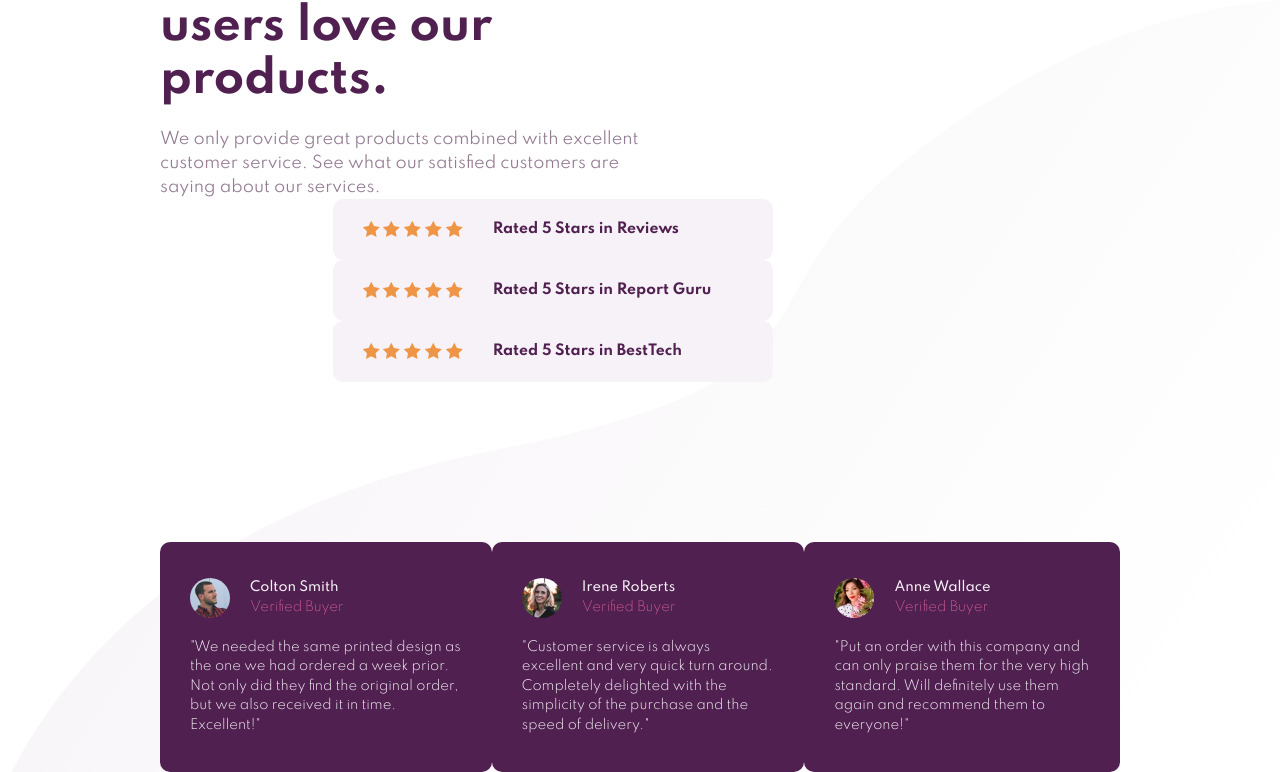
Repository: metehankasapp/social-proof-section-master
Page: index.html
The author's editor kept a copy of each file at every save. The page is drawn from the files as they stood at one save, then again after the next save.
The browser window is 1280 px wide. The pictures show the whole page.
Some web libraries are served in a nearby version.

Above is the page before, as saved 2021-12-05 08:42:29.

After the next save:
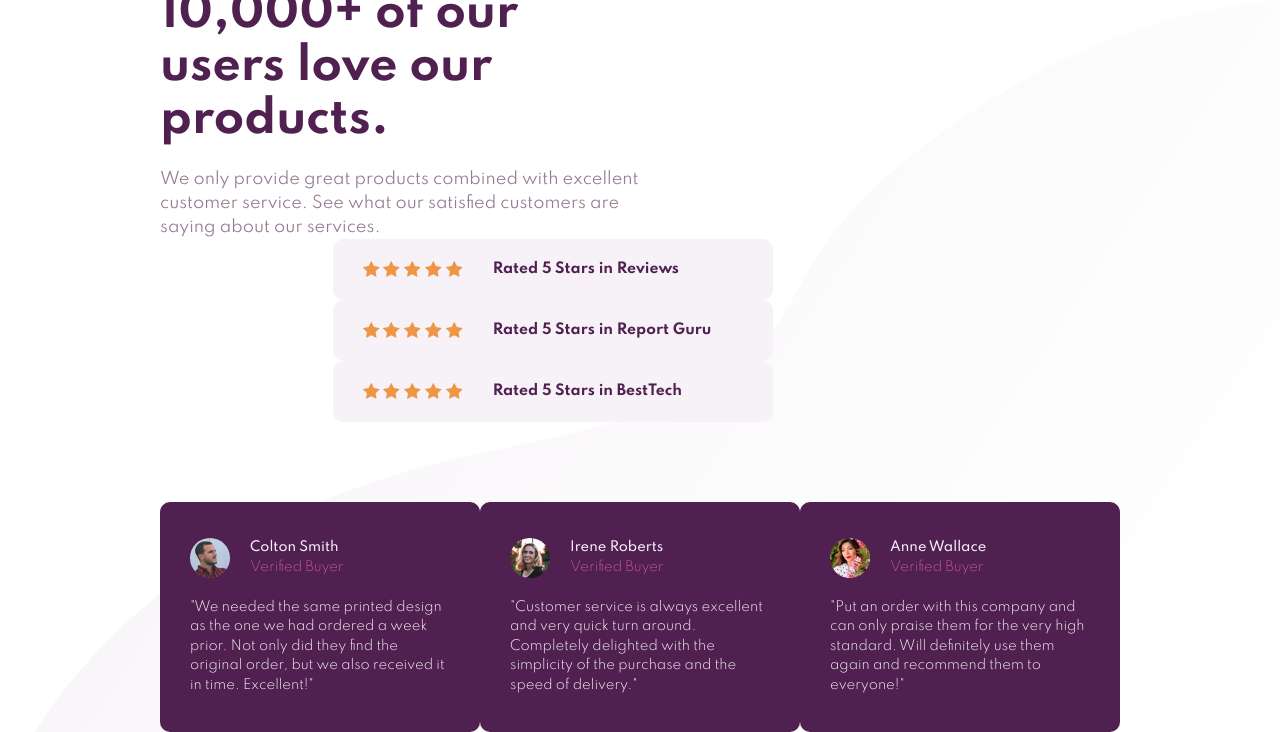
Saved 30 s later.
--- a/index.html
+++ b/index.html
@@ -83,60 +83,66 @@
           justify-content-between
           align-items-baseline
         ">
-      <div class="card-item">
-        <div class="card-headerr ">
-          <div class="card-img">
-            <img src="images/image-colton.jpg" alt="" />
+      <div class="card-ctr">
+        <div class="card-item">
+          <div class="card-headerr ">
+            <div class="card-img">
+              <img src="images/image-colton.jpg" alt="" />
+            </div>
+            <div class="card-text">
+              <p class="card-fs">Colton Smith</p>
+              <p class="card-job">Verified Buyer</p>
+            </div>
           </div>
-          <div class="card-text">
-            <p class="card-fs">Colton Smith</p>
-            <p class="card-job">Verified Buyer</p>
+          <div class="card-second">
+            <p>
+              "We needed the same printed design as the one we had ordered a
+              week prior. Not only did they find the original order, but we also
+              received it in time. Excellent!"
+            </p>
           </div>
-        </div>
-        <div class="card-second">
-          <p>
-            "We needed the same printed design as the one we had ordered a
-            week prior. Not only did they find the original order, but we also
-            received it in time. Excellent!"
-          </p>
         </div>
       </div>
 
-      <div class="card-item">
-        <div class="card-headerr">
-          <div class="card-img">
-            <img src="images/image-irene.jpg" alt="" />
+      <div class="card-ctr">
+        <div class="card-item">
+          <div class="card-headerr">
+            <div class="card-img">
+              <img src="images/image-irene.jpg" alt="" />
+            </div>
+            <div class="card-text">
+              <p class="card-fs">Irene Roberts</p>
+              <p class="card-job">Verified Buyer</p>
+            </div>
           </div>
-          <div class="card-text">
-            <p class="card-fs">Irene Roberts</p>
-            <p class="card-job">Verified Buyer</p>
+          <div class="card-second">
+            <p>
+              "Customer service is always excellent and very quick turn around.
+              Completely delighted with the simplicity of the purchase and the
+              speed of delivery."
+            </p>
           </div>
-        </div>
-        <div class="card-second">
-          <p>
-            "Customer service is always excellent and very quick turn around.
-            Completely delighted with the simplicity of the purchase and the
-            speed of delivery."
-          </p>
         </div>
       </div>
 
-      <div class="card-item">
-        <div class="card-headerr">
-          <div class="card-img">
-            <img src="images/image-anne.jpg" alt="" />
+      <div class="card-ctr">
+        <div class="card-item">
+          <div class="card-headerr">
+            <div class="card-img">
+              <img src="images/image-anne.jpg" alt="" />
+            </div>
+            <div class="card-text">
+              <p class="card-fs">Anne Wallace</p>
+              <p class="card-job">Verified Buyer</p>
+            </div>
           </div>
-          <div class="card-text">
-            <p class="card-fs">Anne Wallace</p>
-            <p class="card-job">Verified Buyer</p>
+          <div class="card-second">
+            <p>
+              "Put an order with this company and can only praise them for the
+              very high standard. Will definitely use them again and recommend
+              them to everyone!"
+            </p>
           </div>
-        </div>
-        <div class="card-second">
-          <p>
-            "Put an order with this company and can only praise them for the
-            very high standard. Will definitely use them again and recommend
-            them to everyone!"
-          </p>
         </div>
       </div>
     </div>
